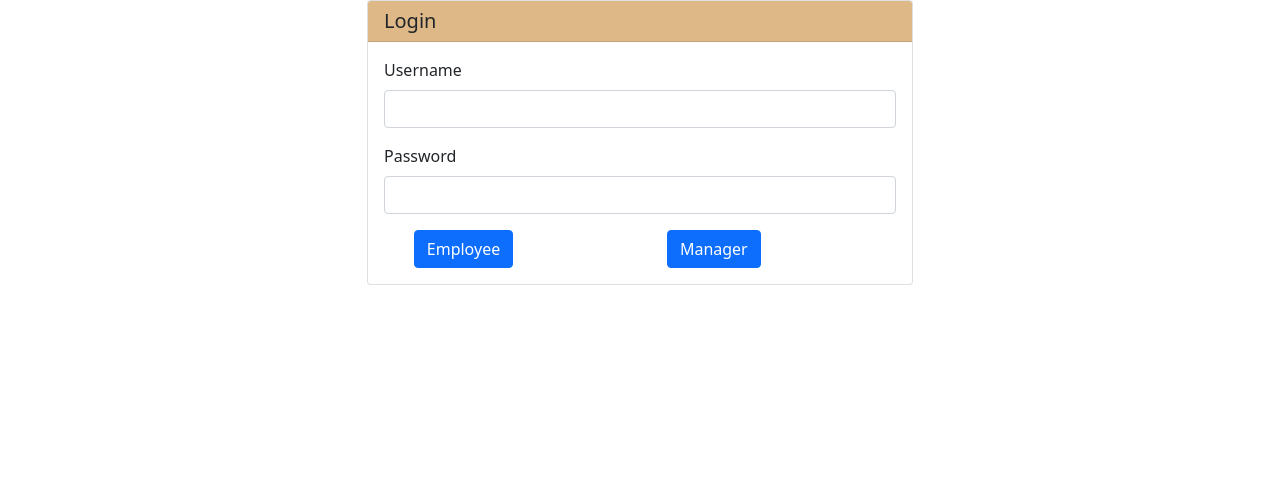
Repository: mavn2/ERS
Page: http://localhost/ExpenseReimbursementSystem/
These files come from the project's save history. The page is drawn as it stood at one moment and after the next save; the edit follows.
The browser window is 1280 px wide. The pictures show the whole page.
The page is served by Tomcat 9.

Above is the page before, as saved 2021-04-02 11:35:12.

After the next save:
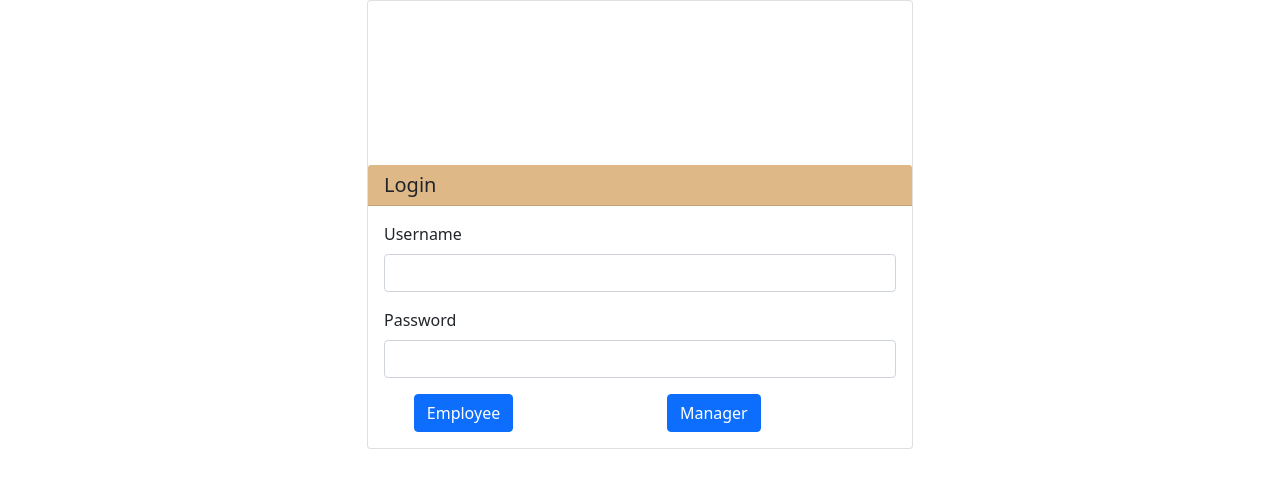
Saved 4 min 29 s later.
--- a/APP/ExpenseReimbursementSystem/src/main/webapp/style/style.css
+++ b/APP/ExpenseReimbursementSystem/src/main/webapp/style/style.css
@@ -8,3 +8,7 @@
 	border-bottom: 1px solid black;
 	padding-top: 1px;
 }
+
+#loginForm {
+	padding-top: 30%;
+}
